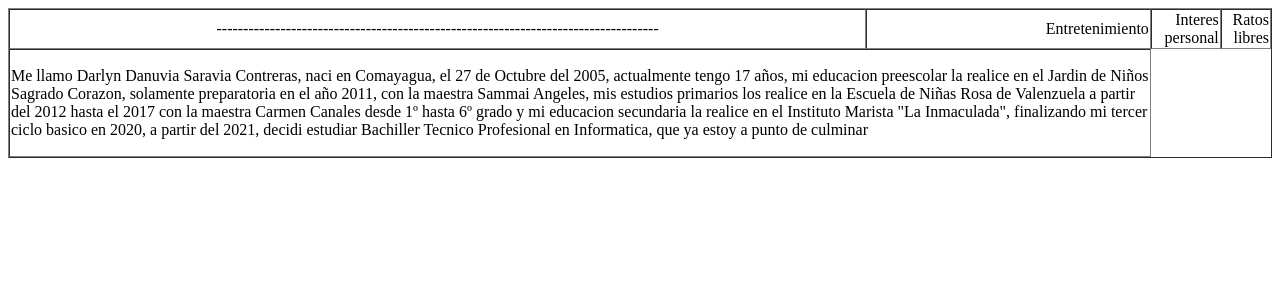
Repository: darlyn-saravia27/portafolio-darlynsaravia
Page: archivoshtml/tareas de html/index.html
The author's editor kept a copy of each file at every save. The page is drawn from the files as they stood at one save, then again after the next save.
The browser window is 1280 px wide. The pictures show the whole page.

Above is the page before, as saved 2023-03-04 00:46:27.

### archivoshtml/tareas de html/index.html
<!DOCTYPE html>
<html lang="en">
<head>
    <meta charset="UTF-8">
    <meta http-equiv="X-UA-Compatible" content="IE=edge">
    <meta name="viewport" content="width=device-width, initial-scale=1.0">
    <title>Mi Portafolio Web</title>
</head>
<body>
    <table align="center" border="1" cellspacing="0" width="100%">
    <tr align="center">
        <td>-----------------------------------------------------------------------------------</td>
        <td align="right">Entretenimiento</td>
        <td align="right">Interes personal</td>
        <td align="right">Ratos libres</td>
    </tr>
    <tr>
        <td colspan="2">
            <p> Me llamo Darlyn Danuvia Saravia Contreras, naci en Comayagua,
                el 27 de Octubre del 2005, actualmente tengo 17 años, mi educacion preescolar la realice
                en el Jardin de Niños Sagrado Corazon, solamente preparatoria en el año 2011,
                con la maestra Sammai Angeles, mis estudios primarios los realice en la
                Escuela de Niñas Rosa de Valenzuela a partir del 2012 hasta el 2017 con
                la maestra Carmen Canales desde 1º hasta 6º grado y mi educacion secundaria la
                realice en el Instituto Marista "La Inmaculada", finalizando
                mi tercer ciclo basico en 2020, a partir del 2021, decidi estudiar Bachiller
                Tecnico Profesional en Informatica, que ya estoy a punto de culminar</p> </td>
    </tr>
</body>
</html>

After the next save:
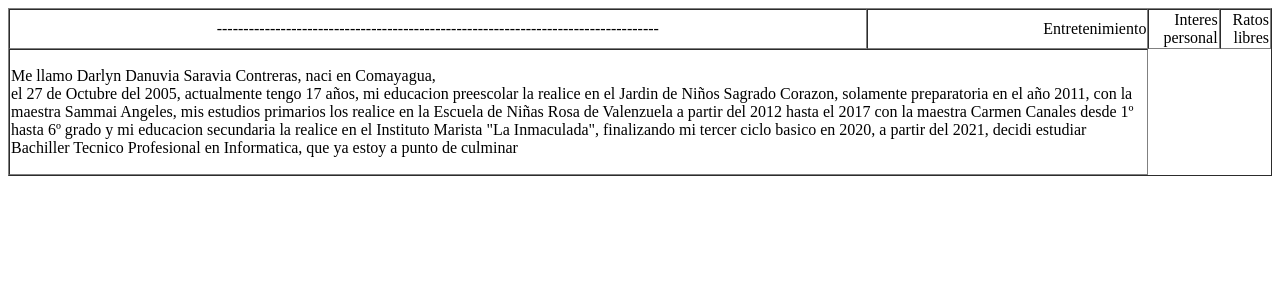
Saved 21 s later.
--- a/archivoshtml/tareas de html/index.html
+++ b/archivoshtml/tareas de html/index.html
@@ -16,7 +16,7 @@
     </tr>
     <tr>
         <td colspan="2">
-            <p> Me llamo Darlyn Danuvia Saravia Contreras, naci en Comayagua,
+            <p> Me llamo Darlyn Danuvia Saravia Contreras, naci en Comayagua,<br>
                 el 27 de Octubre del 2005, actualmente tengo 17 años, mi educacion preescolar la realice
                 en el Jardin de Niños Sagrado Corazon, solamente preparatoria en el año 2011,
                 con la maestra Sammai Angeles, mis estudios primarios los realice en la
